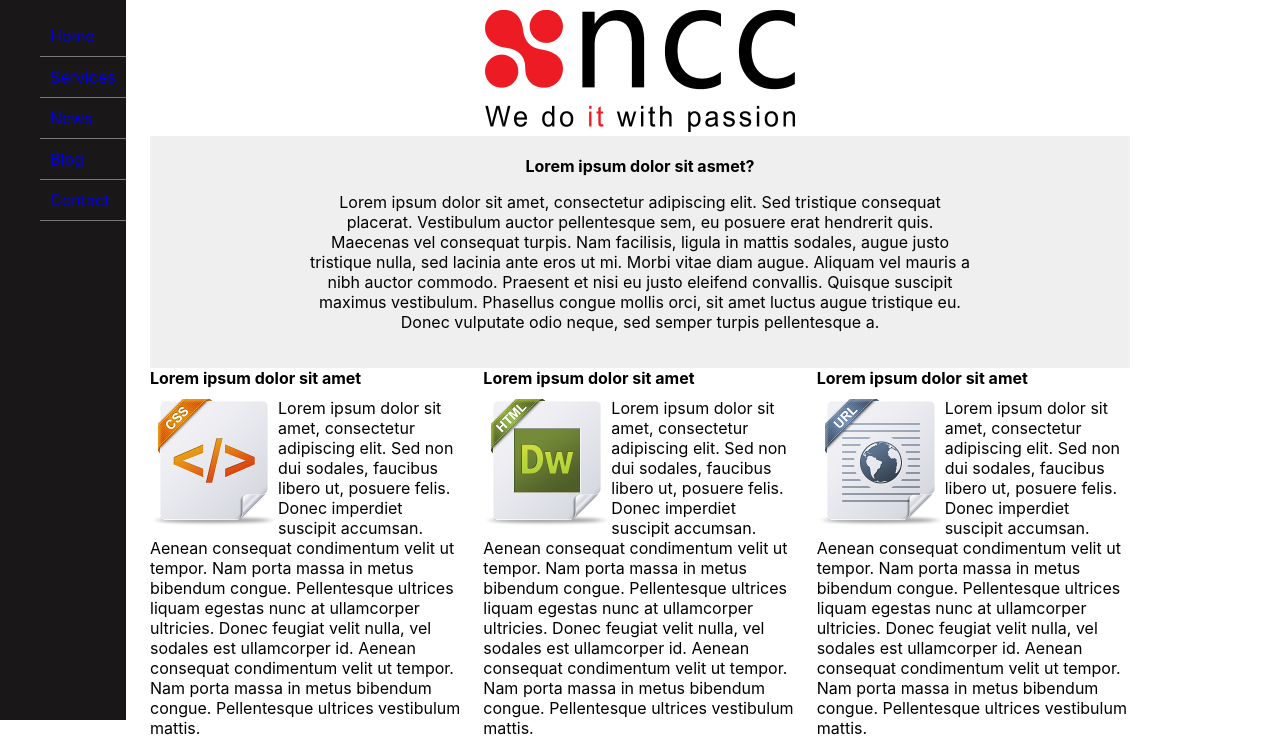
Repository: nganha241/testt
Page: /
The author's editor kept a copy of each file at every save. The page is drawn from the files as they stood at one save, then again after the next save.
The browser window is 1280 px wide. The pictures show the whole page.
The project was rebuilt for these pictures with package versions that can differ from the ones it lists, and the page was loaded fresh each time.

Above is the page before, as saved 2023-02-28 11:37:41.

After the next save:
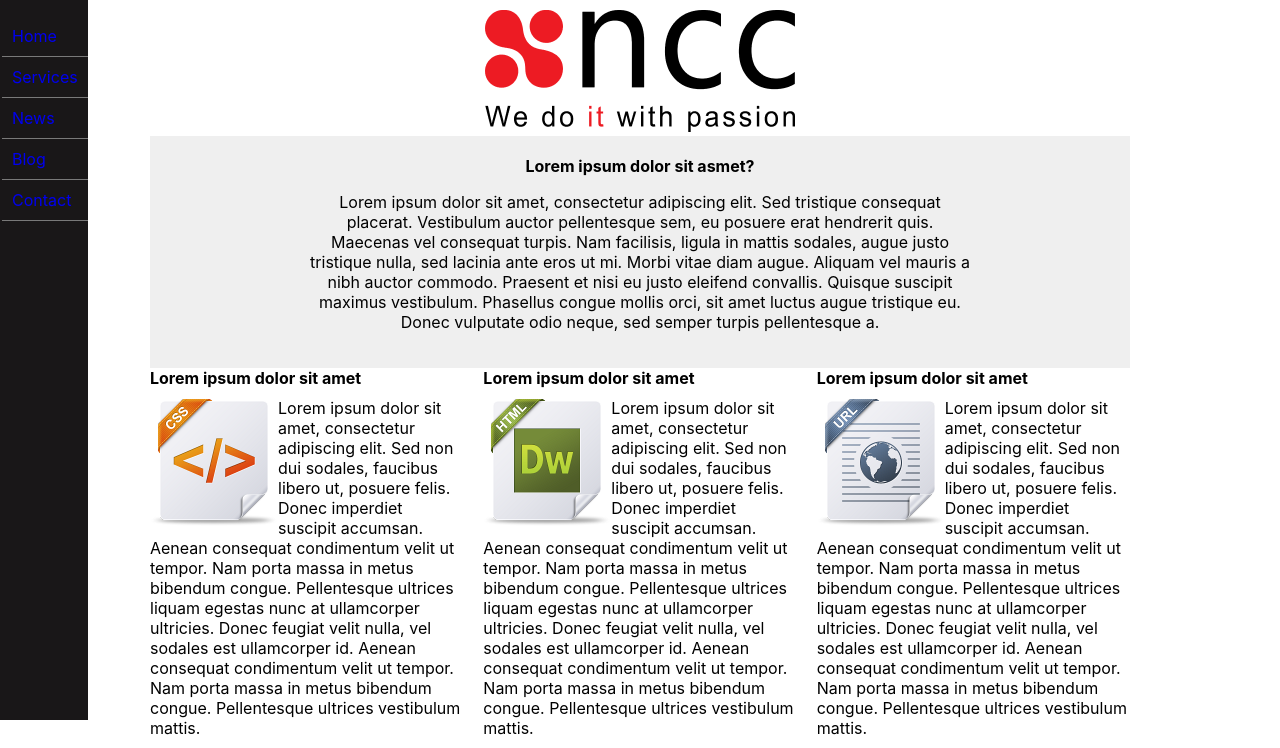
Saved 105 s later.
--- a/src/pages/Navbar/Navbar.css
+++ b/src/pages/Navbar/Navbar.css
@@ -1,7 +1,7 @@
 .nav {
   position: fixed;
   top: 0;
-  /* left: 0; */
+  left: -38px;
   height: 100%;
   background: #191718;
 }
